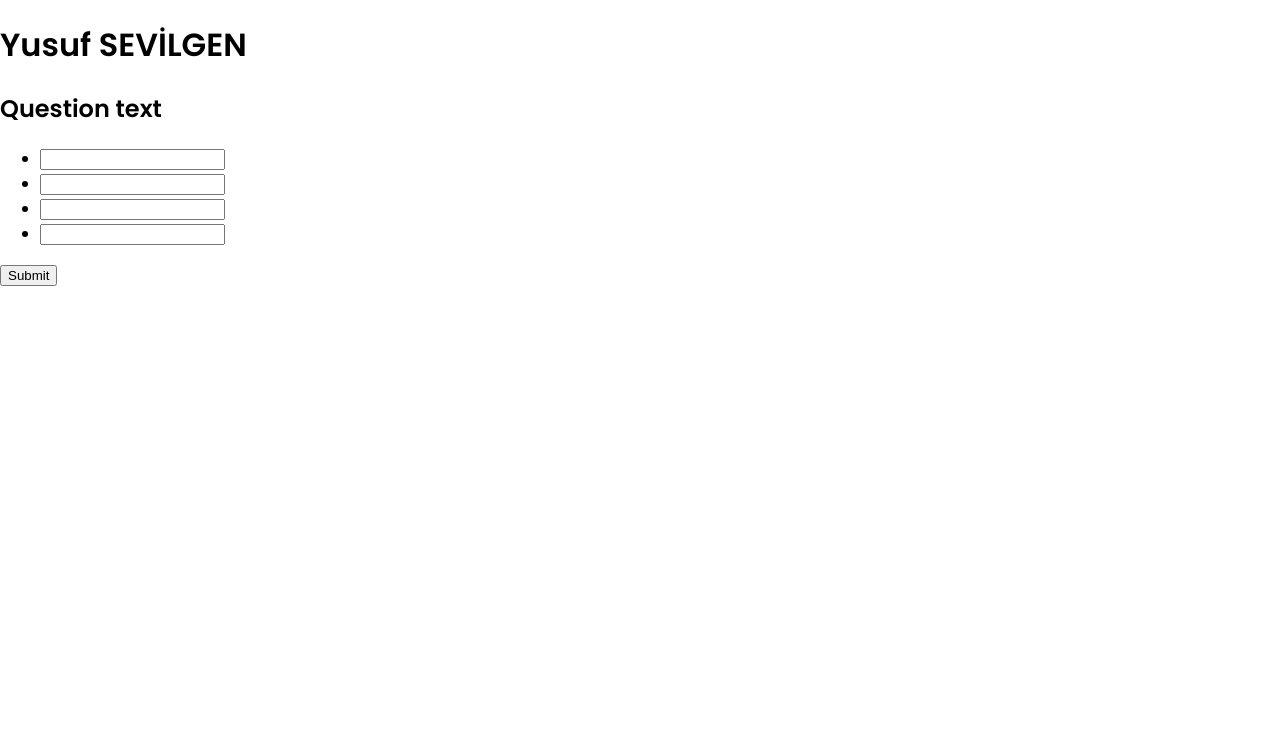
Repository: sevilgenysf/javascript-two
Page: index.html
An editor plug-in stored every save of this project. The page is shown before and after the next save, followed by the edit.
The browser window is 1280 px wide. The pictures show the whole page.

Above is the page before, as saved 2022-02-24 15:58:10.
Console error: SyntaxError: Unexpected token '{'

After the next save:
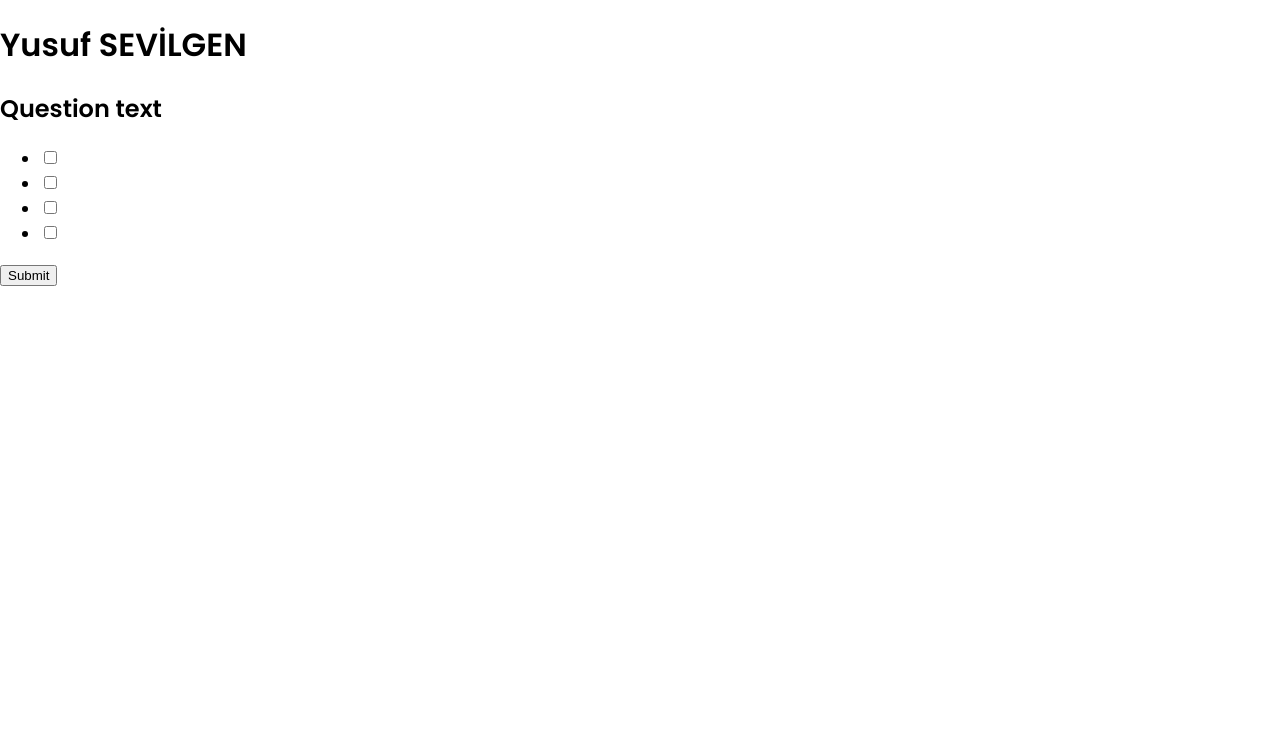
Saved 14 s later.
--- a/index.html
+++ b/index.html
@@ -16,10 +16,10 @@
 		<div class="quiz-container">
 			<h2>Question text</h2>
 			<ul>
-				<li><input type="text"><label></label></li>
-				<li><input type="text"><label></label></li>
-				<li><input type="text"><label></label></li>
-				<li><input type="text"><label></label></li>
+				<li><input type="checkbox"><label></label></li>
+				<li><input type="checkbox"><label></label></li>
+				<li><input type="checkbox"><label></label></li>
+				<li><input type="checkbox"><label></label></li>
 			</ul>
 			<button>Submit</button>
 		</div>
